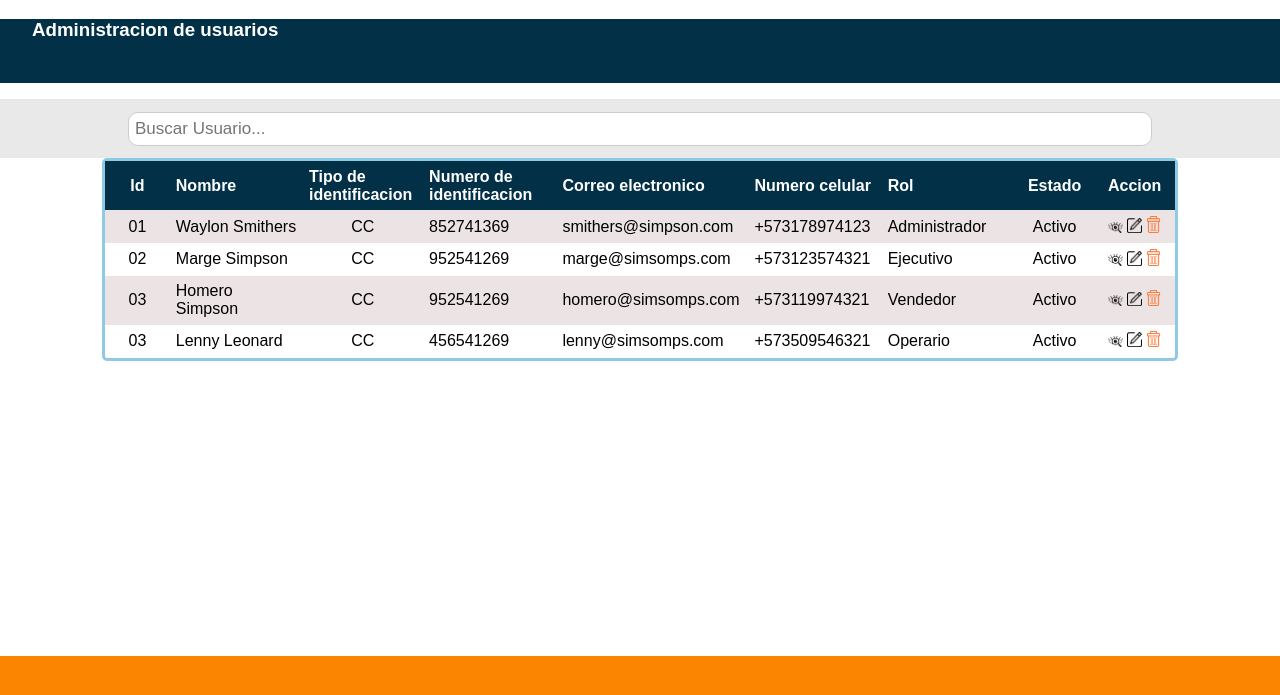
Repository: AlexanderBarona/Proyecto_Ciclo3_Mintic
Page: PaginaWeb/pages/admin_user.html
These files come from the project's save history. The page is drawn as it stood at one moment and after the next save; the edit follows.
The browser window is 1280 px wide. The pictures show the whole page.

Above is the page before, as saved 2021-09-30 14:58:43.

### PaginaWeb/pages/admin_user.html
<!DOCTYPE html>
<html>

   <head>
      <title>Administracion de Usuarios</title>
      <link href="../css/style.css" rel="stylesheet" type="text/css">
      <link href="../css/admin_user.css" rel="stylesheet" type="text/css">
   </head>
   <body class="admin_user">
      <header>
         <h3>Administracion de usuarios</h3>
      </header>
      <main>
        <div class="TopBar">
            <div class="Search ">
                <input type="text" placeholder="Buscar Usuario...">
            </div>

        </div>

        <div class="table_principal">
            <table class="table_entity">

              <tbody class="table_body" >

                  <tr class="table_header" >

                    <td class="table_cell center">Id</td>
                    <td class="table_cell">Nombre</td>
                    <td class="table_cell">Tipo de identificacion</td>
                    <td class="table_cell">Numero de identificacion</td>
                    <td class="table_cell">Correo electronico</td>
                    <td class="table_cell">Numero celular</td>
                    <td class="table_cell">Rol</td>
                    <td class="table_cell center">Estado</td>
                    <td class="table_cell center">Accion</td>

                  </tr>

                  <tr >
                    <td class="table_cell center">01</td>
                    <td class="table_cell">Waylon Smithers</td>
                    <td class="table_cell center">CC</td>
                    <td class="table_cell">852741369</td>
                    <td class="table_cell">smithers@simpson.com</td>
                    <td class="table_cell">+573178974123</td>
                    <td class="table_cell">Administrador</td>
                    <td class="table_cell center">Activo</td>
                    <td class="table_cell center">
                      <div class="icon_container">
                        <nav>
                          <a href="icon_table">
                            <img class="icon_cell" src="../images/IconRead.ico">
                          </a>
                          <a href="icon_table">
                            <img class="icon_cell" src="../images/IconUpdate.ico">
                          </a>
                          <a href="icon_table">
                            <img class="icon_cell" src="../images/IconDelete.ico">
                          </a>
                        </nav>
                    </div>

                    </td>
                  </tr>

                <tr >
                  <td class="table_cell center">02</td>
                  <td class="table_cell">Marge Simpson</td>
                  <td class="table_cell center">CC</td>
                  <td class="table_cell">952541269</td>
                  <td class="table_cell">marge@simsomps.com</td>
                  <td class="table_cell">+573123574321</td>
                  <td class="table_cell">Ejecutivo</td>
                  <td class="table_cell center">Activo</td>
                  <td class="table_cell center">
                    <div class="icon_container ">
                      <nav>
                        <a href="icon_table">
                          <img class="icon_cell" src="../images/IconRead.ico">
                        </a>
                        <a href="icon_table">
                          <img class="icon_cell" src="../images/IconUpdate.ico">
                        </a>
                        <a href="icon_table">
                          <img class="icon_cell" src="../images/IconDelete.ico">
                        </a>
                      </nav>
                  </div>
                  </td>
                </tr>

                <tr >
                    <td class="table_cell center">03</td>
                    <td class="table_cell">Homero Simpson</td>
                    <td class="table_cell center">CC</td>
                    <td class="table_cell">952541269</td>
                    <td class="table_cell">homero@simsomps.com</td>
                    <td class="table_cell">+573119974321</td>
                    <td class="table_cell">Vendedor</td>
                    <td class="table_cell center">Activo</td>
                    <td class="table_cell center">

                                    <div class="icon_container">
                                        <nav>
                                          <a href="icon_table">
                                            <img class="icon_cell" src="../images/IconRead.ico">
                                          </a>
                                          <a href="icon_table">
                                            <img class="icon_cell" src="../images/IconUpdate.ico">
                                          </a>
                                          <a href="icon_table">
                                            <img class="icon_cell" src="../images/IconDelete.ico">
                                          </a>
                                        </nav>
                                    </div>


                    </td>
                </tr>
                <tr >
                    <td class="table_cell center">03</td>
                    <td class="table_cell">Lenny Leonard</td>
                    <td class="table_cell center">CC</td>
                    <td class="table_cell">456541269</td>
                    <td class="table_cell">lenny@simsomps.com</td>
                    <td class="table_cell">+573509546321</td>
                    <td class="table_cell">Operario</td>
                    <td class="table_cell center">Activo</td>
                    <td class="table_cell center">
                      <div class="icon_container">
                        <nav>
                          <a href="icon_table">
                            <img class="icon_cell" src="../images/IconRead.ico">
                          </a>
                          <a href="icon_table">
                            <img class="icon_cell" src="../images/IconUpdate.ico">
                          </a>
                          <a href="icon_table">
                            <img class="icon_cell" src="../images/IconDelete.ico">
                          </a>
                        </nav>
                    </div>
                    </td>
                </tr>
              </tbody>
            </table>
        </div>
      </main>
      <footer>
        <div>
          <h3>Administracion de usuarios</h3>
          <h3>Administracion de usuarios</h3>
          <h3>Administracion de usuarios</h3>
        </div>
      </footer>
   </body>
</html>

### PaginaWeb/css/style.css
* {
  box-sizing: border-box;
}

body {
  margin: 0;
  font-family: Arial, Helvetica, sans-serif;
}
header {
  background-color: #023047;
  color:  white;
  padding-left:2em ;
  height:4em;
  width:100%;
  margin-bottom: 1em;

}

footer{
  background-color: #FB8500;
  color:  #FB8500;
  position:fixed;
  left:0px;
  bottom:0px;
  height:4em;
  width:100%;
}

### PaginaWeb/css/admin_user.css
/* css barra busqueda*/
@media screen and (max-width: 600px) {
  .Search a,
  .Search input[type="text"] {

    display: block;
    text-align: left;
    width: 100%;
    margin: 0 auto;
    padding: 14px;
    align-items: center;
  }
}

.admin_user .Search {
   overflow: hidden;
   background-color: #e9e9e9;
   display: block;
   width: 100%;
   text-align: center;
  }

.Search a {

    display: block;
    color: black;
    text-align: center;
    padding: 14px 16px;
    text-decoration: none;
    font-size: 17px;
  }

  .Search a:hover {
    background-color: #ddd;
    color: black;
  }

  .Search a.active {
    background-color: #9dcaf0;
    color: white;
  }

  .Search input[type="text"] {
    float: center;
    border-radius: 10px;
    border: 1px solid rgb(174, 204, 218);
    padding: 6px;
    margin-top: 1%;
    margin-right: 2%;
    margin-left: 2%;
    margin-bottom: 1%;
    font-size: 17px;
    width: 80%;
  }
  .Search input[type="text"] {
    border: 1px solid #ccc;
  }

 /* css tabla*/

  .table_entity {
    table-layout: fixed;
    width: 84%;
    margin: 0 auto;
    border-collapse: separate;
    border-spacing: 0px;
    border-radius: 5px;
    border: 3px solid #8ECAE6;

  }

  .table_entity td:first-child {
    width: 4em;
  }
  .table_entity td:nth-child(3) {
    width: 7.5em;
  }
  .table_entity td:nth-child(5) {
    width: 12em;
  }
  .table_entity td:nth-child(8) {
    width: 5em;

  }
  .table_entity td:nth-child(9) {
    width: 5em;
  }




  .table_header {
    background-color: #023047;
    color: #fff;
    font-weight:bold;
  }

  .table_entity tr:nth-child(even) {
  background-color: #ece4e4;
}

.table_entity .center {
  text-align: center;
}
/* css tabla perfiles*/
.table_entity2 {
  table-layout: fixed;
  width: 84%;
  margin: 0 auto;
  border-collapse: separate;
  border-spacing: 0px;
  border-radius: 5px;
  border: 3px solid #8ECAE6;

}

.table_entity2 td:first-child {
  width: 4em;
}

.table_entity2 td:nth-child(2) {
  width: 16em;
}


.table_entity2 td:nth-child(6) {
  width: 4.8em;

}


.table_entity2 tr:nth-child(even) {
background-color: #ece4e4;
}

.table_entity2 .center {
  text-align: center;
}

  th, td {

      word-wrap: break-word;
      padding: 0.4em;
      margin: 0em;
  }
  /* iconos */
  .icon_cell {

    height: 28%;
    width: 22%;
    margin: 0 auto 0 0;


}

.icon_container a , .icon_container a:visited {


  text-decoration: none;

}
/* css checkbox */

.checkbox_container input[type="checkbox"]  {
  content: "";
  width: 2em;
  height: 2em;
  border: 4px solid #bf810f;
  float: left;
  margin: 0 auto 0 0;
  border-right: 0;
  border-top: 0;


}
.checkbox_container input[type="checkbox"]:checked   {
  content: "";
  width: 2.2em;
  height: 2.2em;
  border: 4px solid #bf810f;
  color: #bf810f;
  background-color:#bf810f ;
  float: left;
  margin: 0 auto 0 0;
  border-right: 0;
  border-top: 0;

}

After the next save:
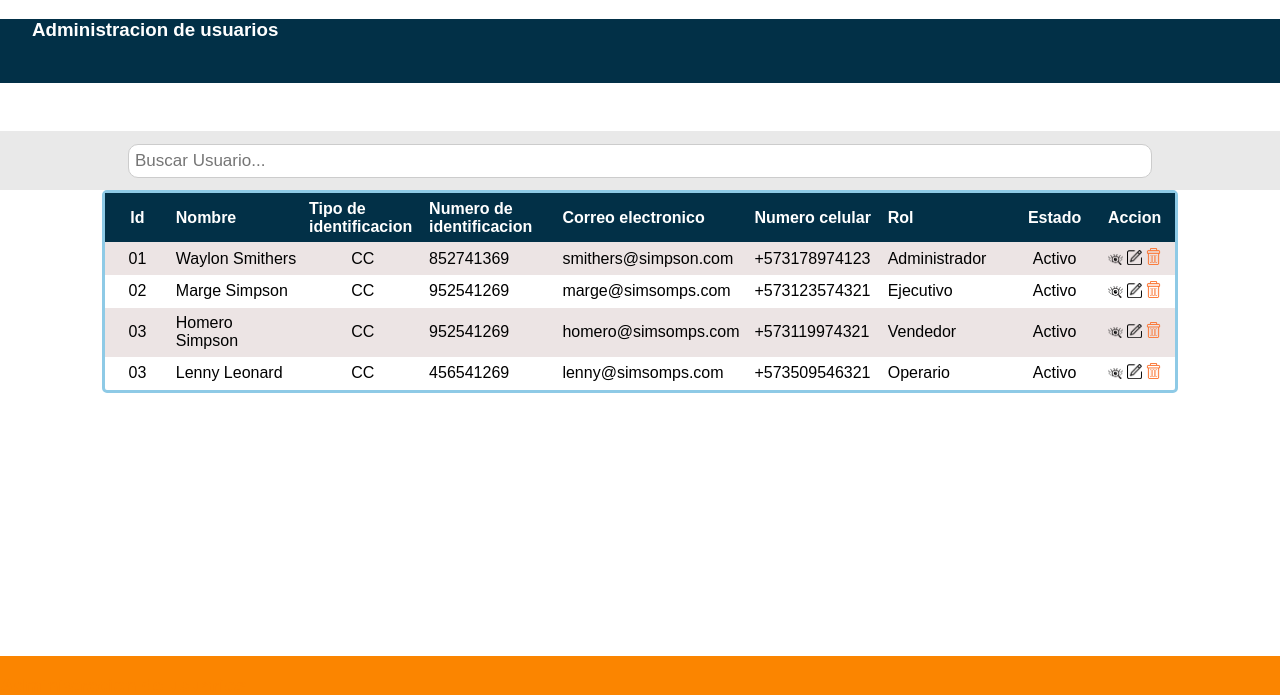
Saved 10 s later.
--- a/PaginaWeb/css/style.css
+++ b/PaginaWeb/css/style.css
@@ -12,7 +12,7 @@ header {
   padding-left:2em ;
   height:4em;
   width:100%;
-  margin-bottom: 1em;
+  margin-bottom: 3em;
 
 }
 
